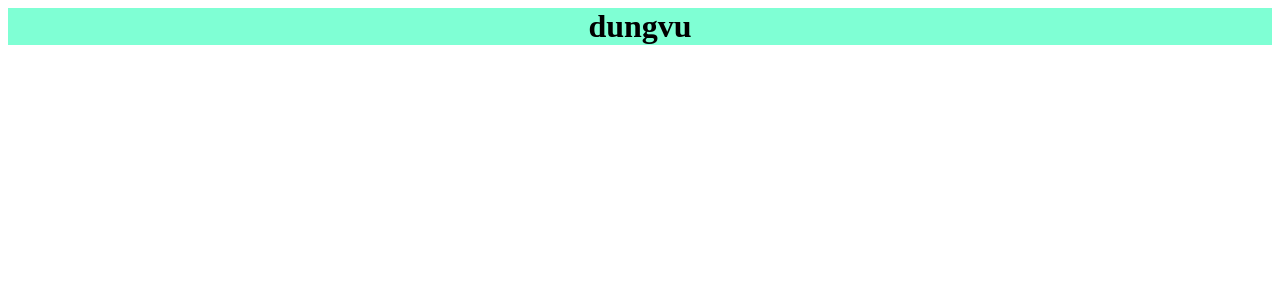
Repository: dungvu2612/python
Page: index.html
An editor plug-in stored every save of this project. The page is shown before and after a run of saves, followed by the edit.
The browser window is 1280 px wide. The pictures show the whole page.

Above is the page before, as saved 2022-12-08 00:22:10.

### index.html
<!DOCTYPE html>
<html lang="en">
<head>
    <meta charset="UTF-8">
    <meta http-equiv="X-UA-Compatible" content="IE=edge">
    <meta name="viewport" content="width=device-width, initial-scale=1.0">
    <title>Document</title>
    <style>
div{
    display: flex;
    background-color: aquamarine;
}
h1{
    margin: auto;
}
    </style>
</head>

<body>
    <div>
        <h1>
            dungvu
        </h1>
    </div>
</body>
</html>

After the next 2 saves:
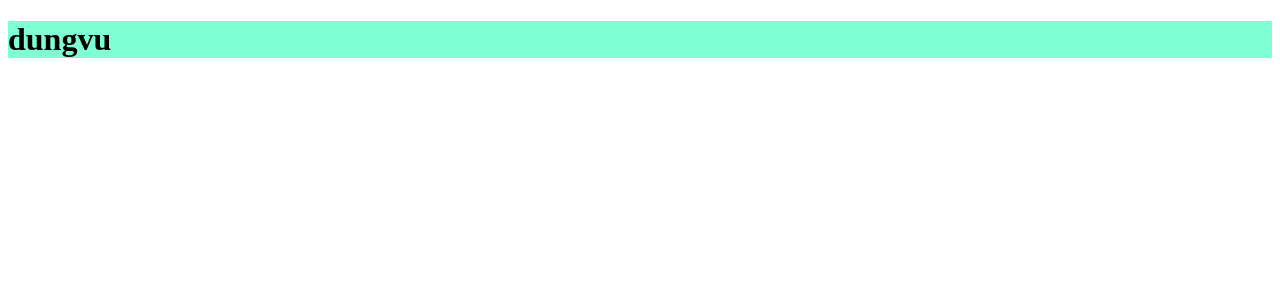
The 2 saves are shown as one change because they came seconds apart.
The last was saved 13 min 47 s later.
--- a/index.html
+++ b/index.html
@@ -7,11 +7,9 @@
     <title>Document</title>
     <style>
 div{
-    display: flex;
     background-color: aquamarine;
 }
 h1{
-    margin: auto;
 }
     </style>
 </head>
